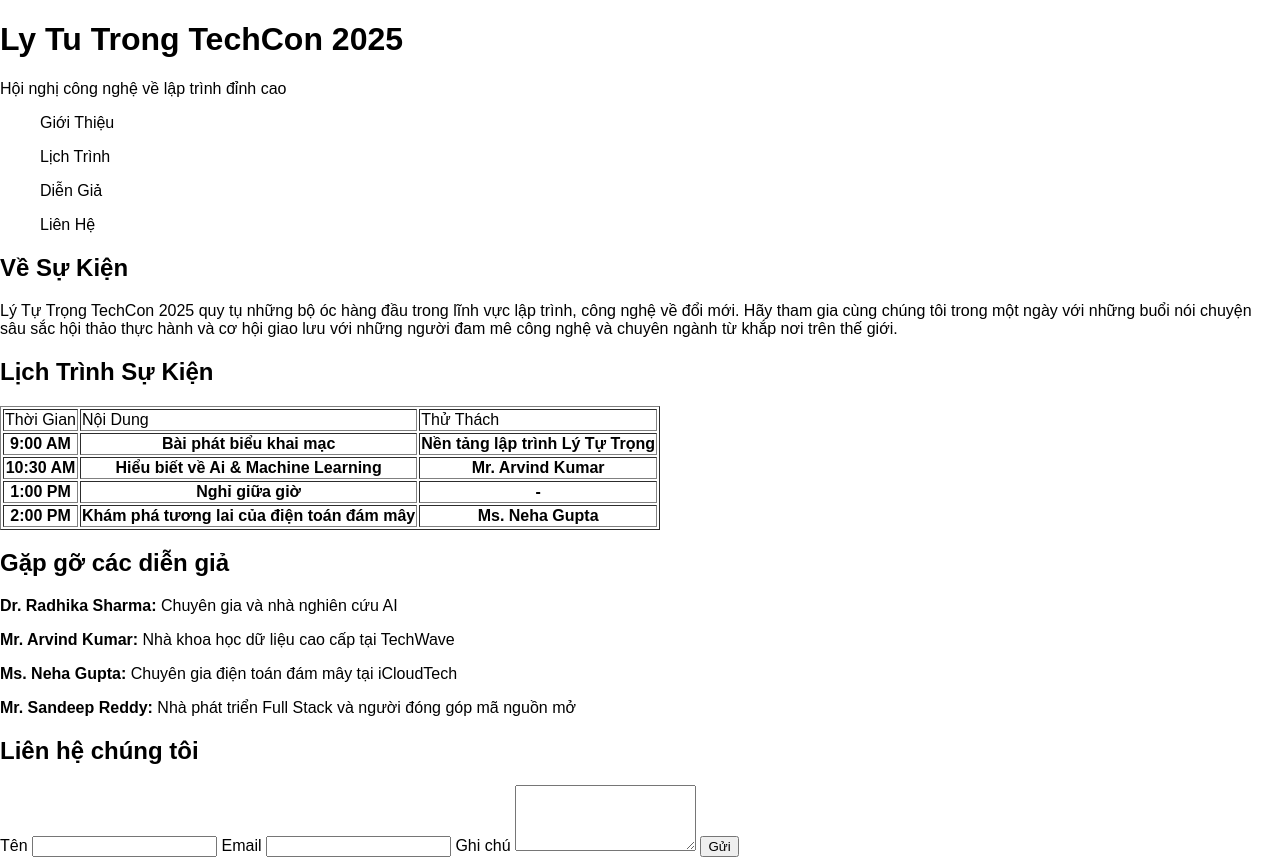
Repository: NhatMinh121/BaiTapVeNha1
Page: index.html
An editor plug-in stored every save of this project. The page is shown before and after the next save, followed by the edit.
The browser window is 1280 px wide. The pictures show the whole page.

Above is the page before, as saved 2025-03-28 22:40:00.

### index.html
<!DOCTYPE html>
<html lang="en">

<head>
    <meta charset="UTF-8">
    <meta name="viewport" content="width=device-width, initial-scale=1.0">
    <title>Lý Tự Trọng TechCon 2025</title>
    <link rel="stylesheet" href="style.css">
</head>

<body>
    <header>
        <h1>Ly Tu Trong TechCon 2025</h1>
        <p>Hội nghị công nghệ về lập trình đỉnh cao</p>
        <div class="menu">
            <nav>
                <ul>Giới Thiệu</ul>
                <ul>Lịch Trình</ul>
                <ul>Diễn Giả</ul>
                <ul>Liên Hệ</ul>
            </nav>
        </div>

    </header>
    <main>
        <div class="main-event">
            <h2>Về Sự Kiện</h2>
            <p>Lý Tự Trọng TechCon 2025 quy tụ những bộ óc hàng đầu trong lĩnh vực lập trình, công nghệ về đổi mới. Hãy tham gia cùng chúng tôi trong một ngày với những buổi nói chuyện sâu sắc hội thảo thực hành và cơ hội giao lưu với những người đam mê
                công nghệ và chuyên ngành từ khắp nơi trên thế giới.</p>
        </div>
        <div class="main-schedule">
            <h2>Lịch Trình Sự Kiện</h2>
            <table border="1">
                <tr>
                    <td>Thời Gian</td>
                    <td>Nội Dung</td>
                    <td>Thử Thách</td>
                </tr>
                <tr>
                    <th>9:00 AM</th>
                    <th>Bài phát biểu khai mạc</th>
                    <th>Nền tảng lập trình Lý Tự Trọng</th>
                </tr>
                <tr>
                    <th>10:30 AM</th>
                    <th>Hiểu biết về Ai & Machine Learning</th>
                    <th>Mr. Arvind Kumar</th>
                </tr>
                <tr>
                    <th>1:00 PM</th>
                    <th>Nghỉ giữa giờ</th>
                    <th>-</th>
                </tr>
                <tr>
                    <th>2:00 PM</th>
                    <th>Khám phá tương lai của điện toán đám mây</th>
                    <th>Ms. Neha Gupta</th>
                </tr>
            </table>
        </div>
        <div class="Meeting">
            <h2>Gặp gỡ các diễn giả</h2>
            <p><strong>Dr. Radhika Sharma:</strong> Chuyên gia và nhà nghiên cứu AI</p>
            <p><strong>Mr. Arvind Kumar:</strong> Nhà khoa học dữ liệu cao cấp tại TechWave</p>
            <p><strong>Ms. Neha Gupta:</strong> Chuyên gia điện toán đám mây tại iCloudTech</p>
            <p><strong>Mr. Sandeep Reddy:</strong> Nhà phát triển Full Stack và người đóng góp mã nguồn mở</p>
        </div>
    </main>

    <footer>
        <div class="footer-contract">
            <h2>Liên hệ chúng tôi</h2>
            <form action="#" method="post">
                <label for="name">Tên</label>
                <input type="text" id="name" name="name" required>
                <label for="email">Email</label>
                <input type="email" id="email" name="email" required>
                <label for="message">Ghi chú</label>
                <textarea id="message" name="message" rows="4" required></textarea>
                <button type="submit" value="Gửi">Gửi</button>
            </form>
        </div>

    </footer>

</body>

### style.css
body {
    margin: 0;
    padding: 0;
    box-sizing: border-box;
    font-family: Arial, sans-serif;
}

After the next save:
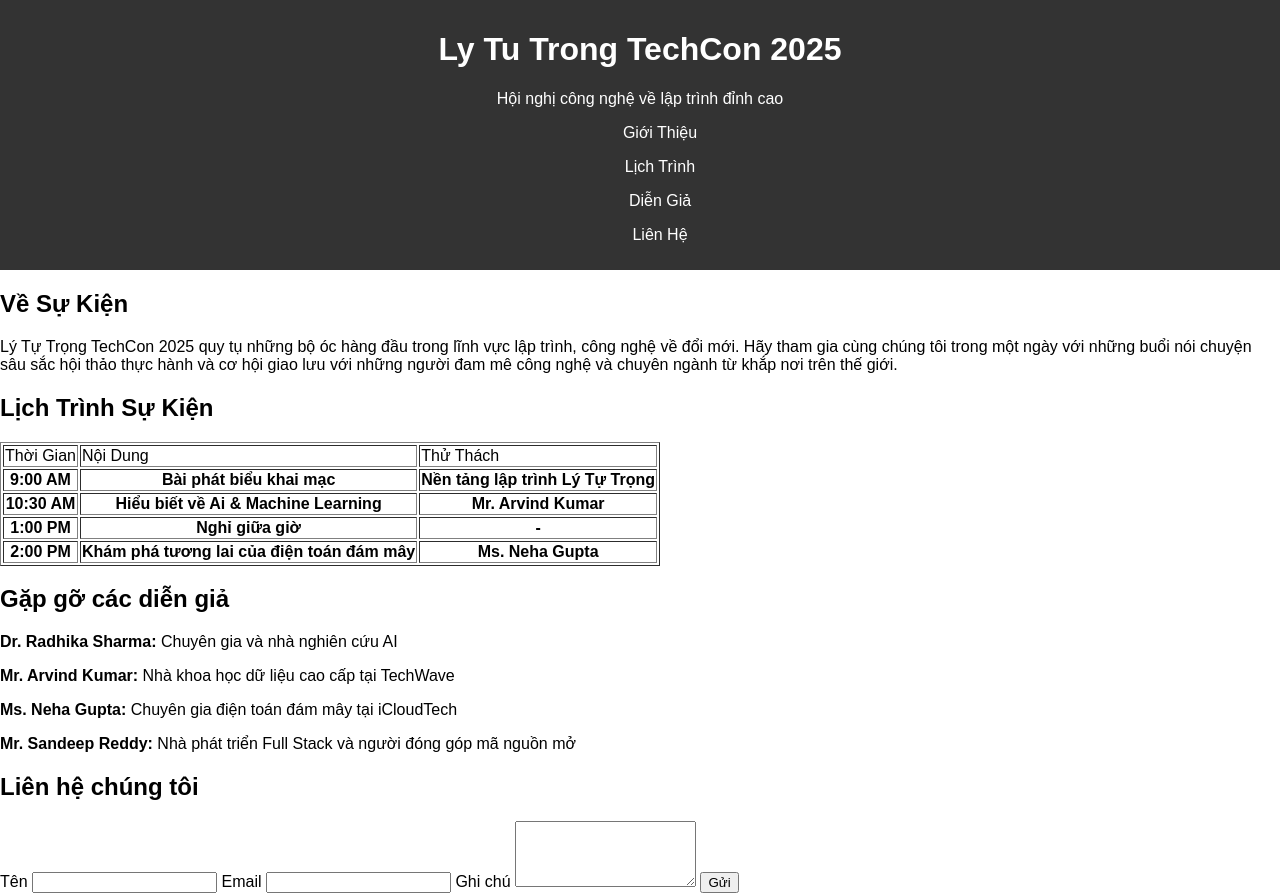
Saved 64 s later.
--- a/style.css
+++ b/style.css
@@ -4,3 +4,10 @@
     box-sizing: border-box;
     font-family: Arial, sans-serif;
 }
+
+header {
+    background-color: #333;
+    color: white;
+    padding: 10px 0;
+    text-align: center;
+}
